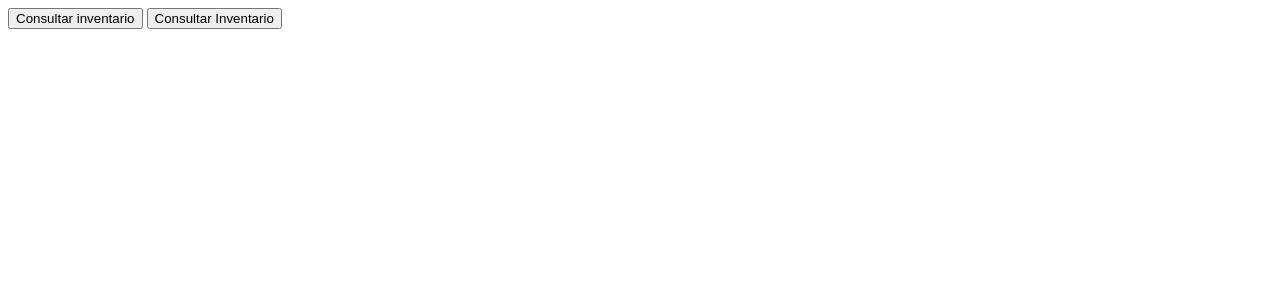
Repository: mauro2357/Producto2SW2MEERKATSOFT
Page: http://localhost/Meerkat_0.0/consultarinventariovista/funcionesadministrador.jsp
These files come from the project's save history. The page is drawn as it stood at one moment and after the next save; the edit follows.
The browser window is 1280 px wide. The pictures show the whole page.
The page is served by Tomcat 9. Nobody is signed in. The application's start-up code is not run. Other server files are loaded and not shown.

Above is the page before, as saved 2015-09-04 19:54:25.

### Meerkat_0.0/WebContent/consultarinventariovista/funcionesadministrador.jsp
<%@ page language="java" contentType="text/html; charset=ISO-8859-1"
    pageEncoding="ISO-8859-1"%>
<!DOCTYPE html PUBLIC "-//W3C//DTD HTML 4.01 Transitional//EN" "http://www.w3.org/TR/html4/loose.dtd">
<html>
<head>
<meta http-equiv="Content-Type" content="text/html; charset=ISO-8859-1">
<title>Insert title here</title>
</head>
<body>

<input type="button" value="Consultar inventario" onclick="genera_tabla()">

<script type="text/javascript">

	function consultar_insumos(){
		var Entrar = "consultar_inventario";
		$.post("/Meerkat_0.0/administrador", {
			entrar : Entrar,
		},  window.location.replace("consultarinventariovista/listainventario.jsp")); // Está pendiente por organizarse hacia donde me redirige
	}
</script>

<button type="button" onclick="consultar_insumos">Consultar Inventario</button>
<div id="myDiv"></div>
</body>
</html>

After the next save:
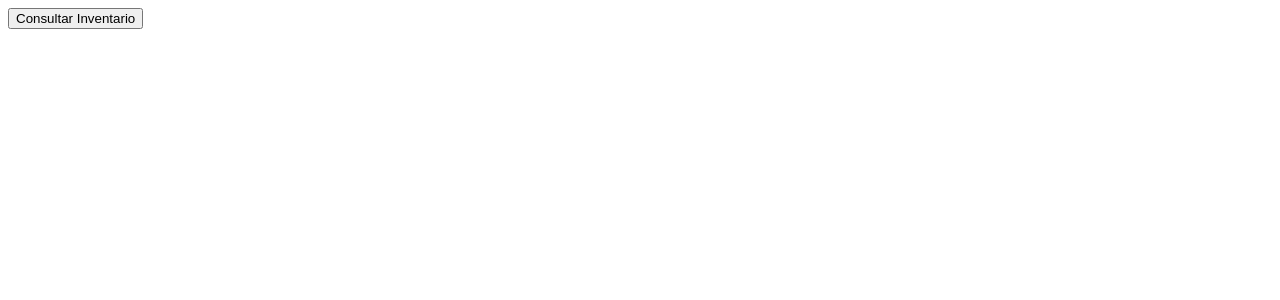
Saved 2 min 23 s later.
--- a/Meerkat_0.0/WebContent/consultarinventariovista/funcionesadministrador.jsp
+++ b/Meerkat_0.0/WebContent/consultarinventariovista/funcionesadministrador.jsp
@@ -8,7 +8,7 @@
 </head>
 <body>
 
-<input type="button" value="Consultar inventario" onclick="genera_tabla()">
+<button type="button" onclick="consultar_insumos()">Consultar Inventario</button>
 
 <script type="text/javascript">
 
@@ -20,7 +20,6 @@
 	}
 </script>
 
-<button type="button" onclick="consultar_insumos">Consultar Inventario</button>
 <div id="myDiv"></div>
 </body>
 </html>
